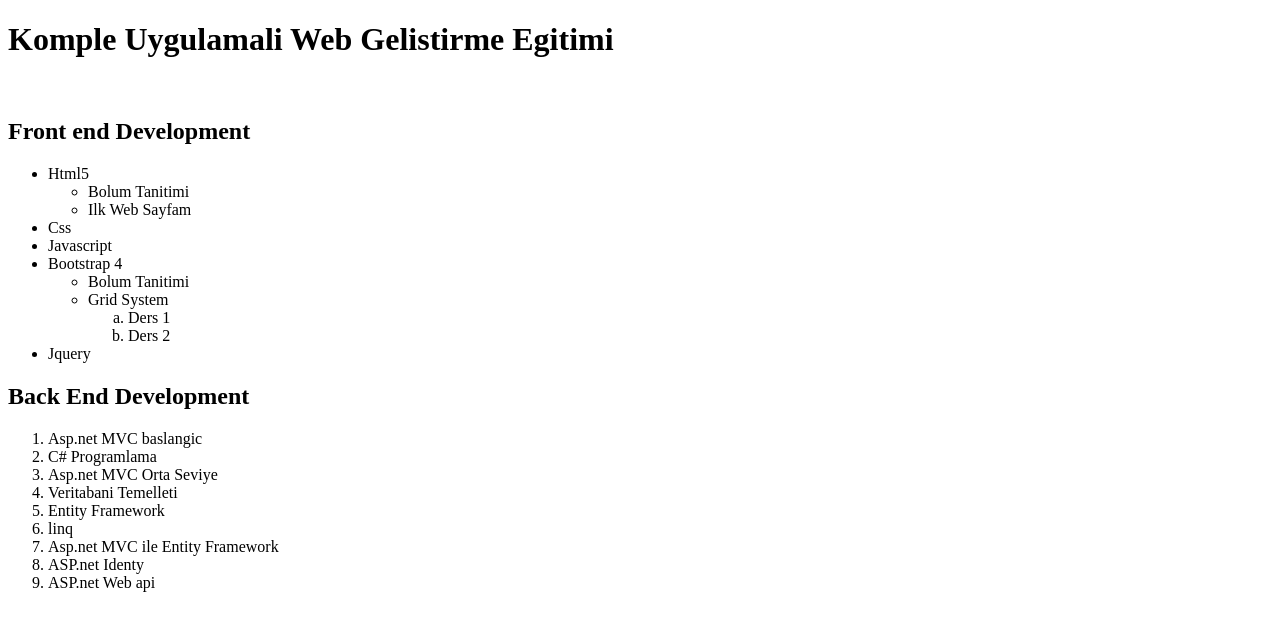
Repository: sammkrt/git101
Page: html-css-TrainingMyself/index.html
An editor plug-in stored every save of this project. The page is shown before and after the next save, followed by the edit.
The browser window is 1280 px wide. The pictures show the whole page.

Above is the page before, as saved 2022-12-22 11:29:50.

### html-css-TrainingMyself/index.html
<!DOCTYPE html>
<html lang="en">
<head>
    <meta charset="UTF-8">
    <meta http-equiv="X-UA-Compatible" content="IE=edge">
    <meta name="viewport" content="width=device-width, initial-scale=1.0">
    <title>Document</title>
</head>
<body>
<h1>Komple Uygulamali Web Gelistirme Egitimi</h1><br>
<h2>Front end Development</h2>
<ul>
    <li>Html5</li>
        <ul>
            <li>Bolum Tanitimi</li>
            <li>Ilk Web Sayfam</li>
        </ul>
    <li>Css</li>
    <li>Javascript</li>
    <li>Bootstrap 4</li>
        <ul>
            <li>Bolum Tanitimi</li>
            <li>Grid System</li>
            <ol type="a">
                <li>Ders 1</li>
                <li>Ders 2</li>
            </ol>
        </ul>
    <li>Jquery</li>
</ul>
<h2>Back End Development</h2>
<ol>
    <li>Asp.net MVC baslangic</li>
    <li>C# Programlama</li>
    <li>Asp.net MVC Orta Seviye</li>
    <li>Veritabani Temelleti</li>
    <li>Entity Framework</li>
    <li>linq</li>
    <li>Asp.net MVC ile Entity Framework</li>
    <li>ASP.net Identy</li>
    <li>ASP.net Web api</li>
</ol>




</body>
</html>

After the next save:
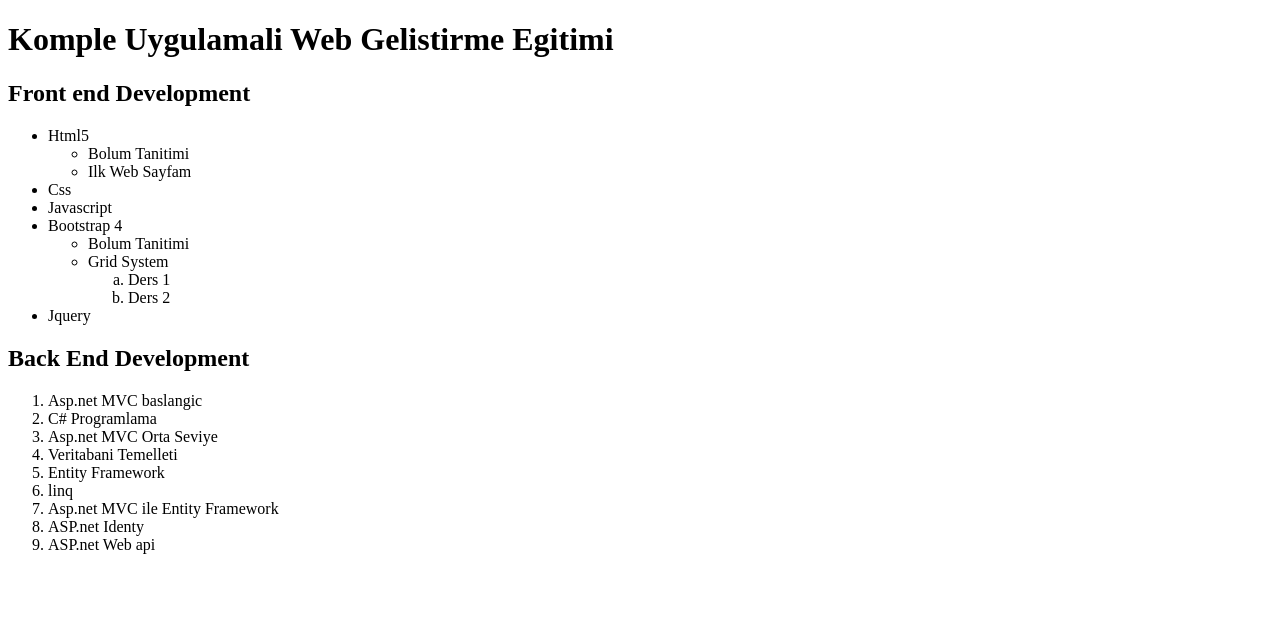
Saved 11 s later.
--- a/html-css-TrainingMyself/index.html
+++ b/html-css-TrainingMyself/index.html
@@ -7,7 +7,7 @@
     <title>Document</title>
 </head>
 <body>
-<h1>Komple Uygulamali Web Gelistirme Egitimi</h1><br>
+<h1>Komple Uygulamali Web Gelistirme Egitimi</h1>
 <h2>Front end Development</h2>
 <ul>
     <li>Html5</li>
